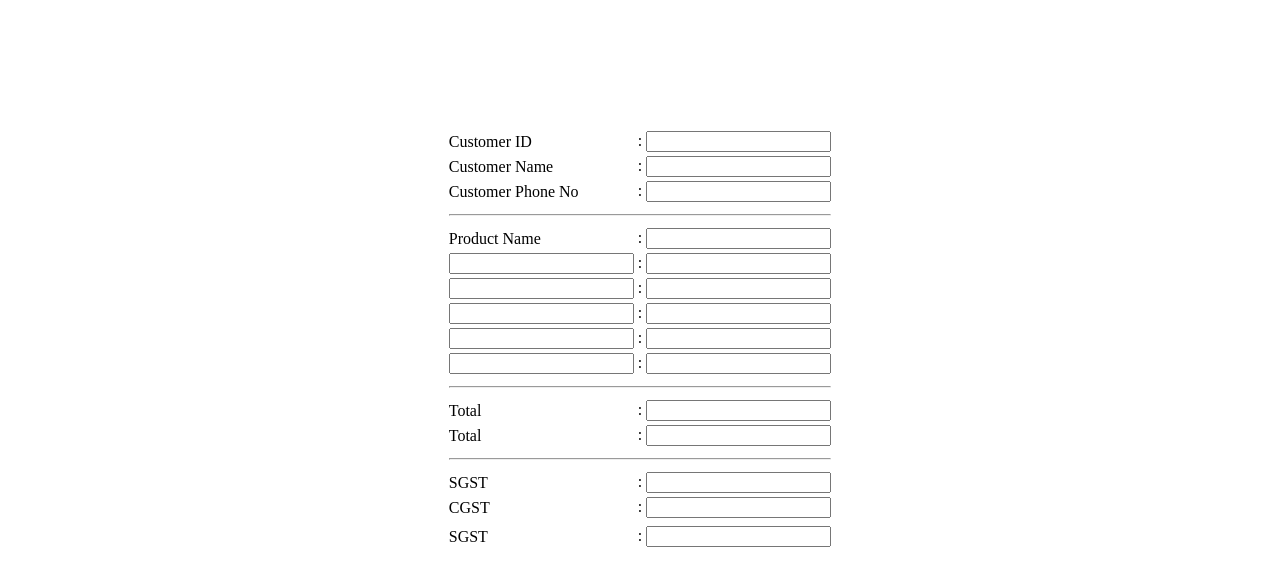
Repository: gajanansp07/Advance_Java_Practice
Page: http://localhost/JspPro/JspTest.jsp
These files come from the project's save history. The page is drawn as it stood at one moment and after the next save; the edit follows.
The browser window is 1280 px wide. The pictures show the whole page.
The page is served by Tomcat 9.

Above is the page before, as saved 2022-03-13 14:34:49.

After the next save:
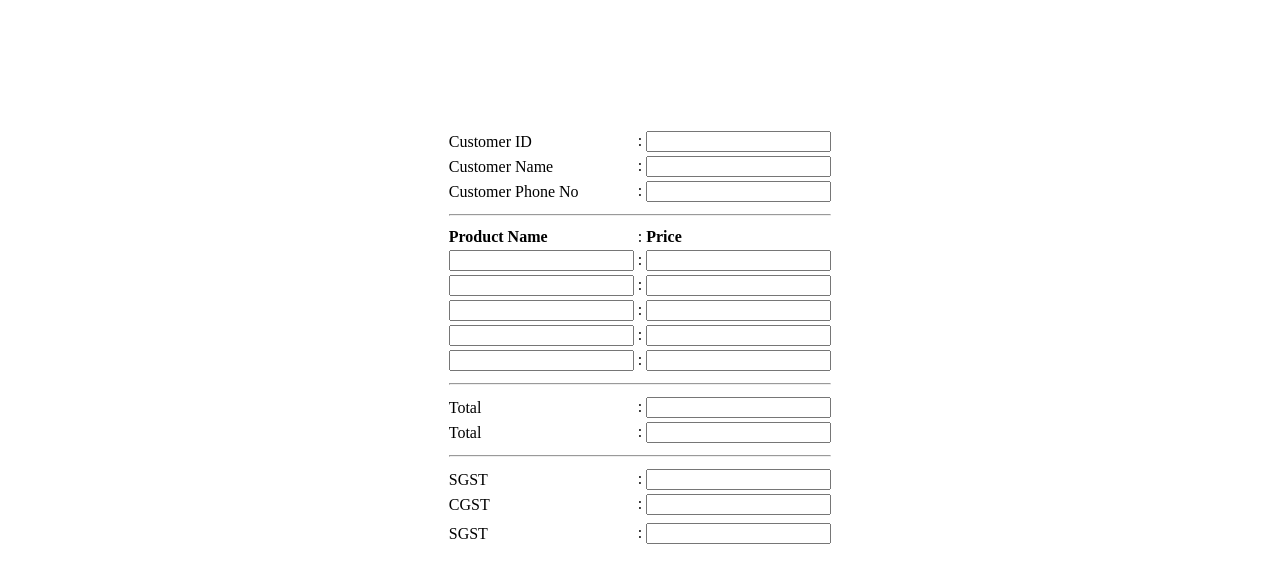
Saved 50 s later.
--- a/JspPro/src/main/webapp/JspTest.jsp
+++ b/JspPro/src/main/webapp/JspTest.jsp
@@ -26,7 +26,7 @@
 	<tr><td>Customer Name</td><td> :  <input type="text" name="cname" id="cname"> </td></tr>
 	<tr><td>Customer Phone No</td><td> :  <input type="text" name="cname" id="cname"> </td></tr>
 	<tr><td colspan=2><hr /></td> </tr>
-	<tr><td>Product Name</td><td> :  <input type="text" name="cname" id="cname"> </td></tr>
+	<tr><td><b>Product Name</b></td><td> :  <b>Price</b> </td></tr>
 	<tr><td> <input type="text" name="cname" id="cname"></td><td> :  <input type="text" name="cname" id="cname"> </td></tr>
 	<tr><td> <input type="text" name="cname" id="cname"></td><td> :  <input type="text" name="cname" id="cname"> </td></tr>
 	<tr><td> <input type="text" name="cname" id="cname"></td><td> :  <input type="text" name="cname" id="cname"> </td></tr>
